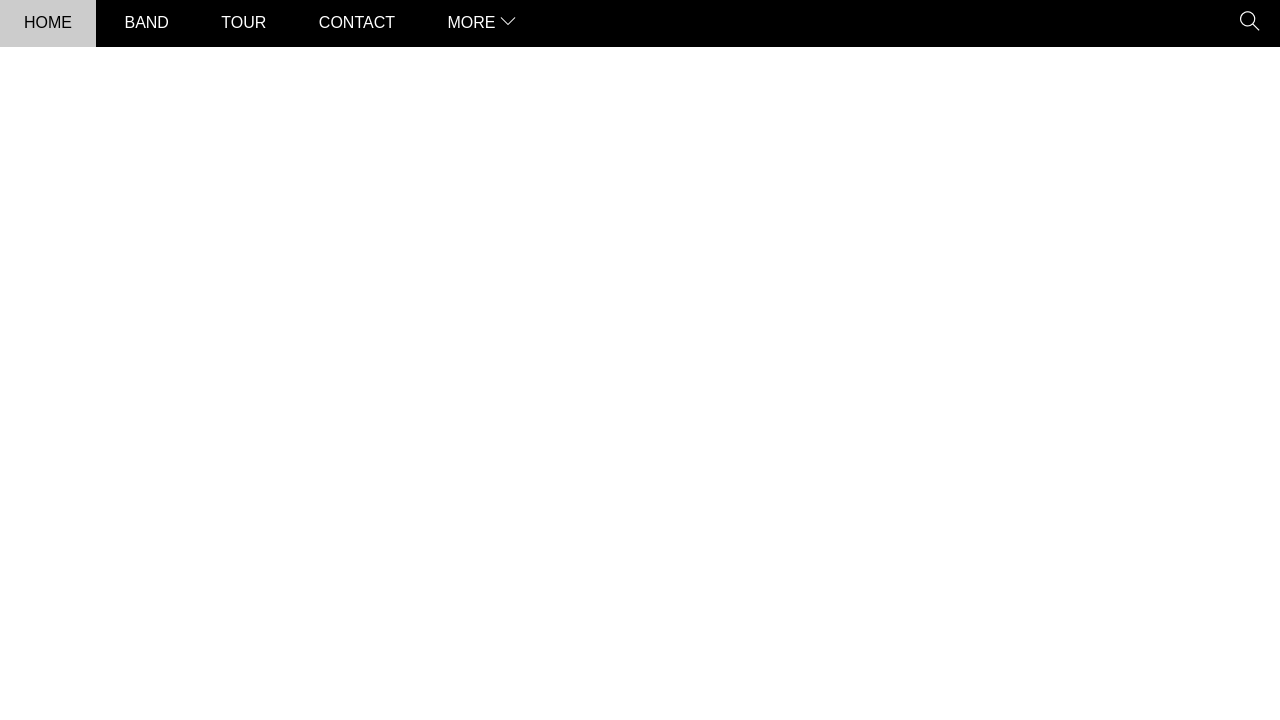
Repository: thanhsonnguyen-gif/f8-learn
Page: projectDemoTheBand/index.html
The author's editor kept a copy of each file at every save. The page is drawn from the files as they stood at one save, then again after the next save.
The browser window is 1280 px wide. The pictures show the whole page.

Above is the page before, as saved 2022-06-24 15:50:20.

After the next save:
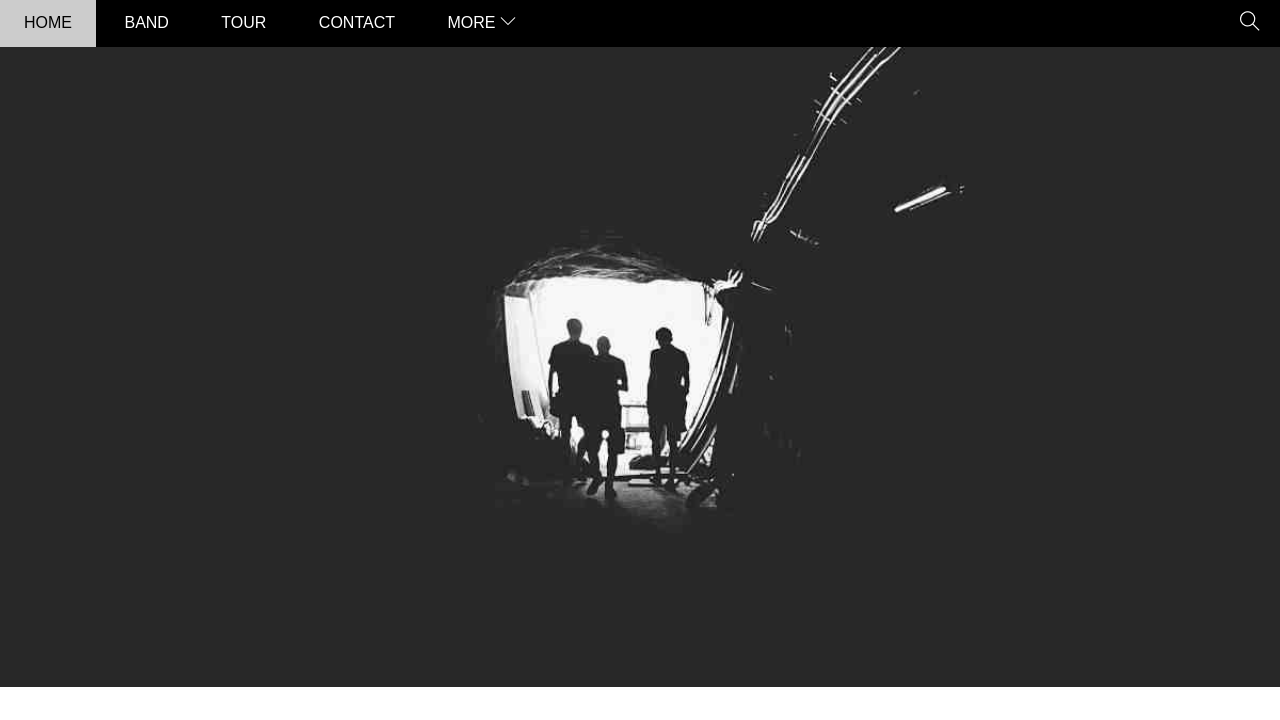
Saved 65 min 4 s later.
--- a/projectDemoTheBand/assets/css/style.css
+++ b/projectDemoTheBand/assets/css/style.css
@@ -89,6 +89,9 @@ cursor: pointer;
 
 #slide {
     margin-top: 46.5px;
+    padding-top: 50%;
+    background: url(/projectDemoTheBand/assets/img/slide1.jpg) top center / cover no-repeat;
+
 }
 
 #content {
